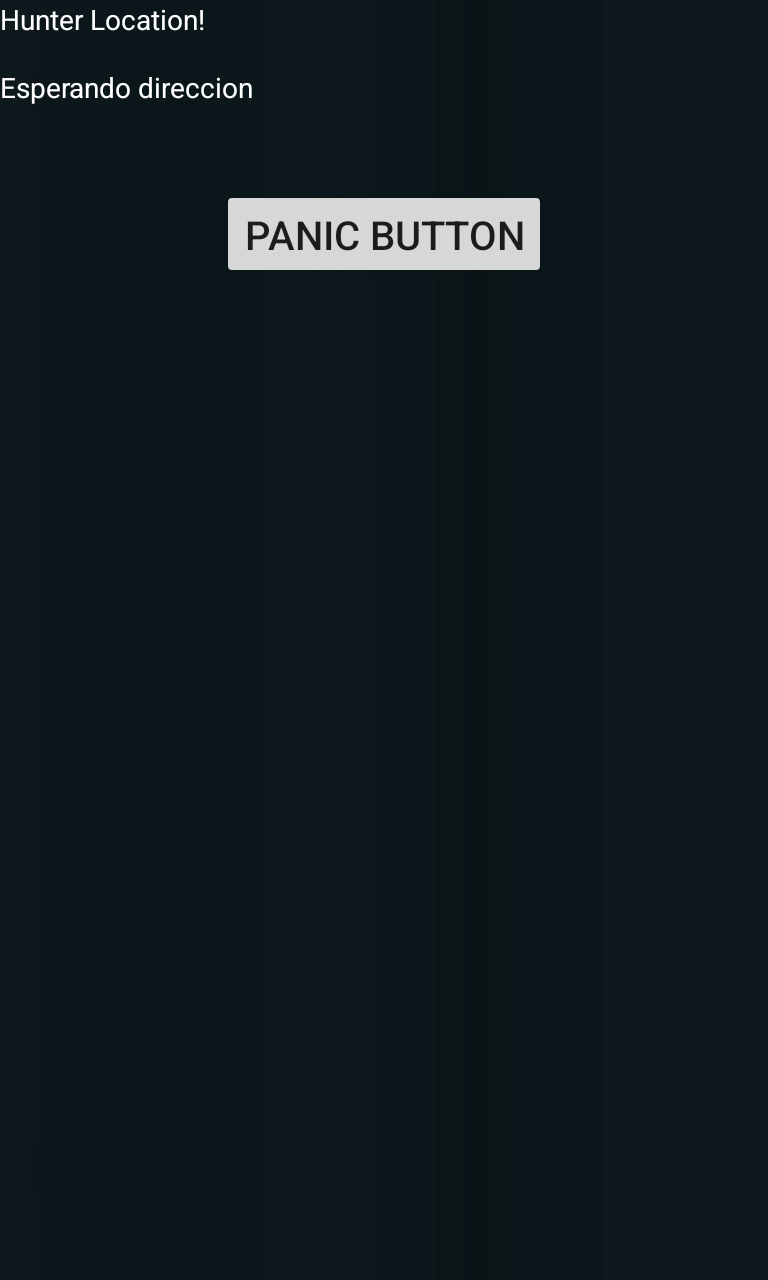
Repository: aludena18/android_apps
Layout: AlarmServiceLocation/res/layout/activity_main.xml
An editor plug-in stored every save of this project. The layout is shown before and after the next save, followed by the edit.
It is drawn on a 768 x 1280 px phone screen (xhdpi) without system bars, with theme AppTheme; the app's code is not run.

Above is the layout before, as saved 2015-07-20 14:58:41.

### AlarmServiceLocation/res/layout/activity_main.xml
<LinearLayout xmlns:android="http://schemas.android.com/apk/res/android"
    xmlns:tools="http://schemas.android.com/tools"
    android:layout_width="match_parent"
    android:layout_height="match_parent"
    android:orientation="vertical"
    android:background="@drawable/fondo2"
    tools:context="com.alg.alarmservicelocation.MainActivity" >

    <TextView
        android:layout_width="wrap_content"
        android:layout_height="wrap_content"
        android:textColor="#ffffff"
        android:text="@string/hello_world" />

    <LinearLayout
        android:layout_width="wrap_content"
        android:layout_height="wrap_content"
        android:orientation="horizontal" >

        <TextView
            android:id="@+id/txvDireccion"
            android:layout_width="wrap_content"
            android:layout_height="wrap_content"
            android:layout_marginTop="15dp"
            android:textColor="#ffffff"
            android:text="@string/etqTxvDireccion" />
    </LinearLayout>

    <LinearLayout
        android:paddingTop="40dp"
        android:layout_width="match_parent"
        android:layout_height="wrap_content"
        android:gravity="center_horizontal"
        android:orientation="horizontal" >
        <Button
            android:id="@+id/btnPanic"
            android:layout_width="wrap_content"
            android:layout_height="wrap_content"
            android:textSize="20sp"
            android:text="@string/etqBtnPanic" />
    </LinearLayout>

</LinearLayout>

### AlarmServiceLocation/res/values/strings.xml
<?xml version="1.0" encoding="utf-8"?>
<resources>

    <string name="app_name">Alarm Service Location</string>
    <string name="hello_world">Hunter Location!</string>
    <string name="action_settings">Settings</string>

    <string name="etqBtnPanic">Panic Button</string>
    <string name="etqTxvDireccion">Esperando direccion</string>

</resources>

Loaded but not shown: AlarmServiceLocation/res/values/styles.xml (common file); AlarmServiceLocation/res/values-v11/styles.xml (common file); AlarmServiceLocation/res/values-v14/styles.xml (common file)

After the next save:
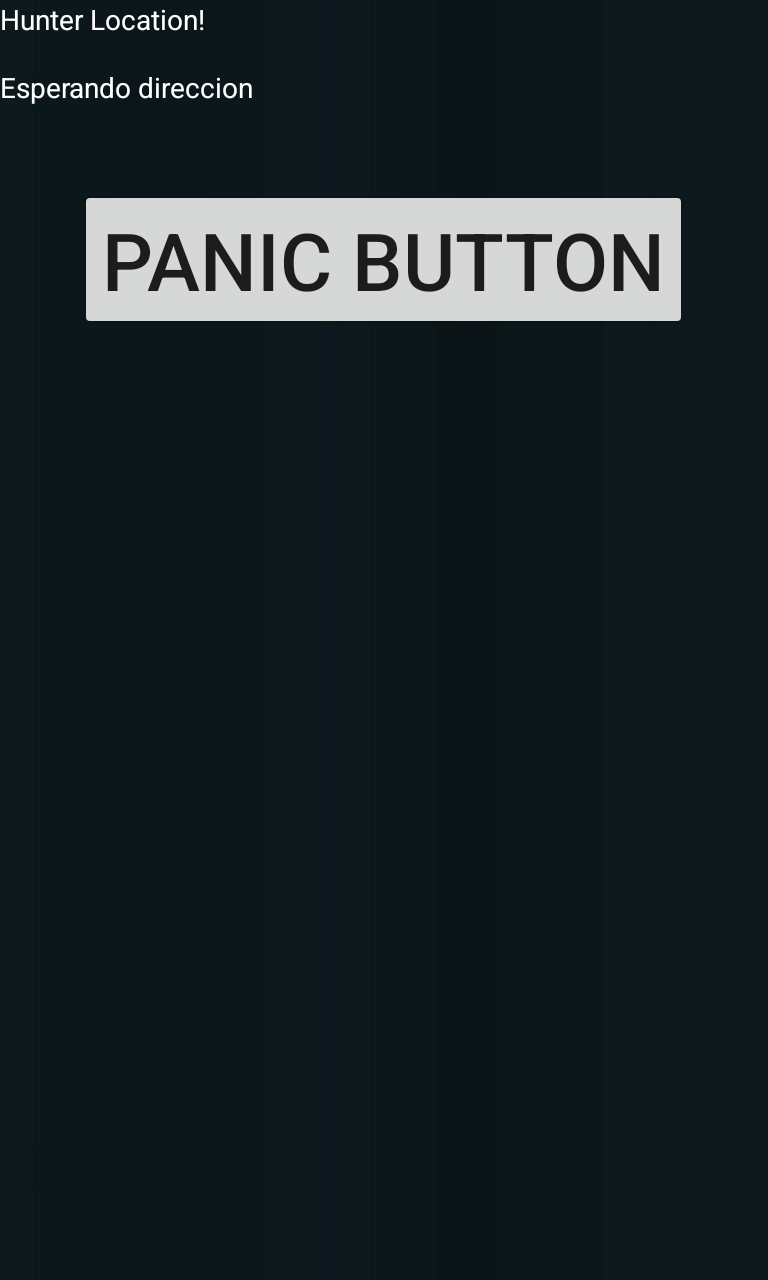
Saved 10 s later.
--- a/AlarmServiceLocation/res/layout/activity_main.xml
+++ b/AlarmServiceLocation/res/layout/activity_main.xml
@@ -36,7 +36,7 @@
             android:id="@+id/btnPanic"
             android:layout_width="wrap_content"
             android:layout_height="wrap_content"
-            android:textSize="20sp"
+            android:textSize="40sp"
             android:text="@string/etqBtnPanic" />
     </LinearLayout>
 
